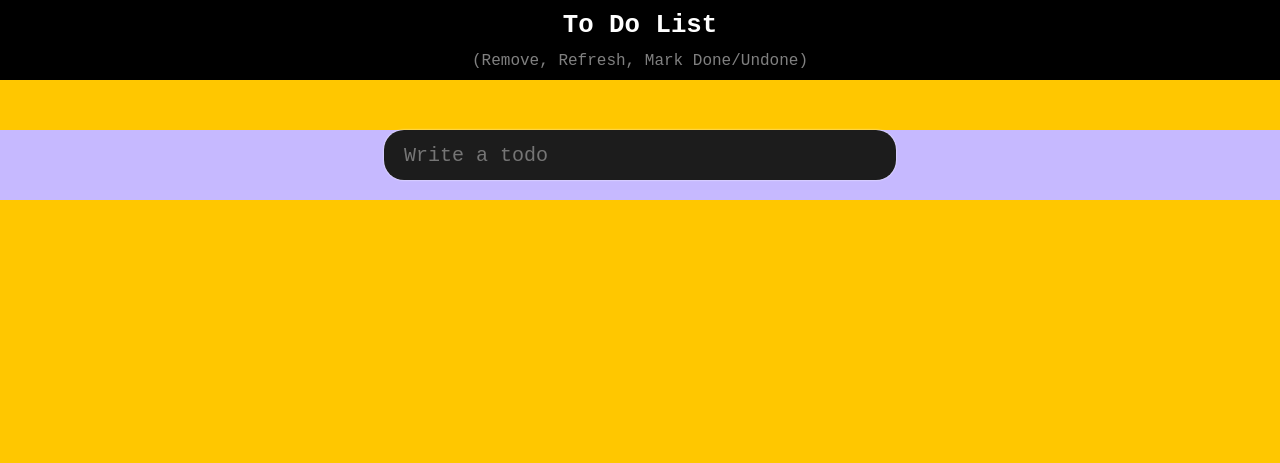
Repository: ThisIsSahaj/Js-Projects
Page: ToDoList/index.html
These files come from the project's save history. The page is drawn as it stood at one moment and after the next save; the edit follows.
The browser window is 1280 px wide. The pictures show the whole page.

Above is the page before, as saved 2024-04-24 09:39:20.

After the next save:
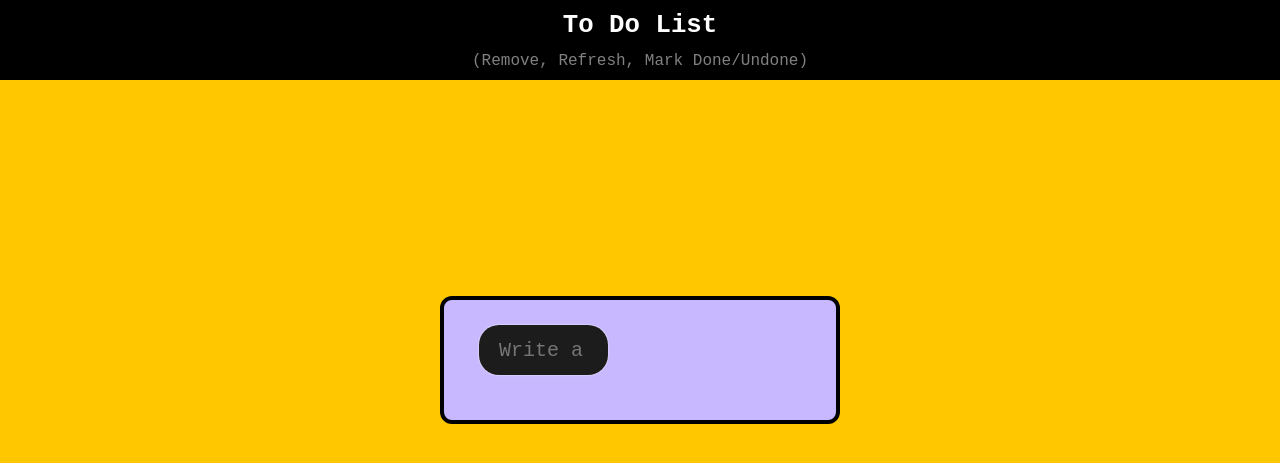
Saved 40 s later.
--- a/ToDoList/style.css
+++ b/ToDoList/style.css
@@ -33,15 +33,29 @@ body{
     font-size: 16px;
 }
 
+
+
 .box{
     /* border: 2px solid red; */
-    background-color: #C6B9FF;
+    /* background-color: #C6B9FF;
     margin-top: 50px;
     width: 100%;
     display: flex;
     justify-content: center;
     align-items: center;
-    flex-direction: column;
+    flex-direction: column; */
+
+    width: 400px;
+    padding: 25px 35px;
+    position: absolute;
+    top: 50%;
+    left: 50%;
+    transform: translate(-50%,-50%);
+    background-color: #C8B8FF;
+    border: 4px solid black;
+    color: black;
+    border-radius: 12px;
+    font-weight: bold;
 }
 
 
